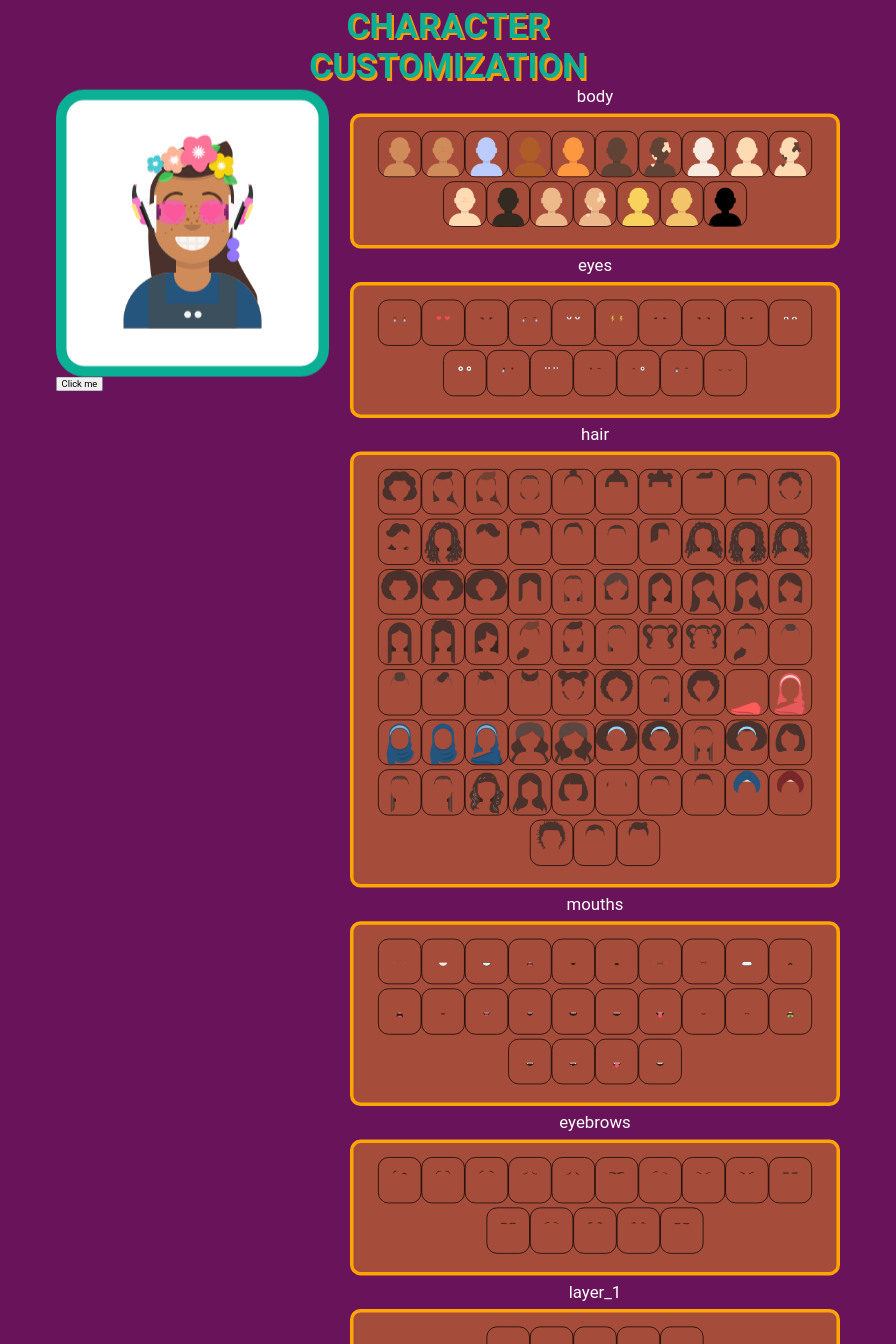
Repository: Kamaric112/react_clothing
Page: /
An editor plug-in stored every save of this project. The page is shown before and after the next save, followed by the edit.
The browser window is 1280 px wide. The pictures show the part of the page from y = 0 to 1920 px (the page is 3287 px tall), at 70% of full size.
The project was rebuilt for these pictures with package versions that can differ from the ones it lists, and the page was loaded fresh each time.

Above is the page before, as saved 2022-08-29 21:05:07.

### src/index.js
import React from "react";
import ReactDOM from "react-dom/client";
import App from "./components/App";

const root = ReactDOM.createRoot(document.getElementById("root"));

root.render(<App />);

### src/components/App.js
import React from "react";
import Header from "./Header";
import "./App.css";
import Avatar from "./Avatar";
import PartList from "./PartList";
import {useState} from "react"

const total = {
  body: 17,
  eyes: 17,
  hair: 73,
  mouths: 24,
  eyebrows: 15,
  hats: 28,
  glasses: 17,
  clothing1: 5,
  clothing2: 5,
  clothing3: 9,
};

function App() {


const [eyes, setEyes] = useState(2)
const [body, setBody] = useState(2)
const [layer_1, setLayer_1] = useState(2)
const [layer_2, setLayer_2] = useState(2)
const [layer_3, setLayer_3] = useState(2)
const [mouths, setMouths] = useState(2)
const [glasses, setGlasses] = useState(2)
const [hair, setHair] = useState(2)
const [eyebrows, setEyebrows] = useState(2)

const [earrings, setEarrings] = useState(2)
const [hats, setHats] = useState(2)
const randomize = () => {
    setBody(Math.floor((Math.random() * total.body )+1));
		setEyes(Math.floor((Math.random() * total.eyes)+1));
		setEyebrows(Math.floor((Math.random() * total.eyebrows)+1));
		setHair(Math.floor((Math.random() * total.hair)+1));
		setMouths(Math.floor((Math.random() * total.mouths)+1));
		setGlasses(Math.floor((Math.random() * total.glasses)+1));
		setLayer_1(Math.floor((Math.random() * total.clothing1)+1));
		setLayer_2(Math.floor((Math.random() * total.clothing2)+1));
		setLayer_3(Math.floor((Math.random() * total.clothing3)+1));
    setHats(Math.floor((Math.random() * total.hats)+1));

}




const handleClick = (e) => {
  console.log(e.target.src) //change states when clicked corresponding clothing
  const imageUrl = e.target.src
  console.log(imageUrl.split('/').pop().split('.')[0]) // split the src based on "/" then remove the last element, then split that element based on "." then choose the 1st element
}



  return (
    <div className="App">
      <Header />
      <div className="total-style">
        <div className="avatartotal">
        <Avatar eyes = {eyes} body = {body} layer_1 = {layer_1} layer_2 = {layer_2} layer_3 ={layer_3} mouths = {mouths} glasses = {glasses} hair = {hair} earrings = {earrings} hats = {hats} eyebrows= {eyebrows}/>
        <button onClick={randomize}>Click me </button>

        </div>

        <div>
        <PartList type = "body" total ="17" index = "1" handleClick={(e) => setBody(e.target.src.split('/').pop().split('.')[0])} />
        <PartList type = "eyes" total ="17" index = "1" handleClick={(e) => setEyes(e.target.src.split('/').pop().split('.')[0])}/>
        <PartList type = "hair" total ="73" index = "1" handleClick={(e) => setHair(e.target.src.split('/').pop().split('.')[0])}/>
        <PartList type = "mouths" total ="24" index = "1" handleClick={(e) => setMouths(e.target.src.split('/').pop().split('.')[0])}/>
        <PartList type = "eyebrows" total ="15" index = "1" handleClick={(e) => setEyebrows(e.target.src.split('/').pop().split('.')[0])}/>
        <PartList type = "layer_1" total ="5" index = "1" handleClick={(e) => setLayer_1(e.target.src.split('/').pop().split('.')[0])}/>
        <PartList type = "layer_2" total ="5" index = "1" handleClick={(e) => setLayer_2(e.target.src.split('/').pop().split('.')[0])}/>
        <PartList type = "layer_3" total ="9" index = "1" handleClick={(e) => setLayer_3(e.target.src.split('/').pop().split('.')[0])}/>
        <PartList type = "earrings" total ="32" index = "1" handleClick={(e) => setEarrings(e.target.src.split('/').pop().split('.')[0])}/>
        <PartList type = "hats" total ="28" index = "1" handleClick={(e) => setHats(e.target.src.split('/').pop().split('.')[0])} />
        <PartList type = "glasses" total ="17" index = "1" handleClick={(e) => setGlasses(e.target.src.split('/').pop().split('.')[0])}/>

        </div>


      </div>
    </div>
  );
}

export default App;

### src/components/Header.js
import React from "react";

function Header() {
  return (
    <>
      <div className="title">CHARACTER</div>
      <div className="subtitle">CUSTOMIZATION</div>
    </>
  );
}

export default Header;

### src/components/App.css
*,
*::after,
*::before {
  box-sizing: content-box;
  font-family: "Roboto", sans-serif;
}

body {
	background-color: rgb(105, 19, 91);
}

.App {
	max-width: 1200px;
	margin: 0 auto;
	display: flex;
	flex-direction: column;
	align-items: center;
}

.subtitle,
.title {
  text-align: center;
}

.title,
.subtitle {
  color: #0baf94;
  font-size: 50px;
  font-weight: 700;
  text-shadow: 3px 3px #f90;
}

.total-style {
  display: flex;

  justify-content: center;
  gap: 30px;
}

.avatar {
	width: 260px;
	height: 280px;
	position: relative;
}

.avatar-wrapper {
	border-radius: 40px;
	display: inline-block;
	border: 15px solid rgb(11, 175, 148);
	padding: 50px;
	position: sticky;
	background-color: #fff;
	top: calc(50% - 205px);
}

.list-section {
  max-width: 700px;
  text-align: center;
}

.partlist {
  display: flex;
  flex-direction: column;

}

.partlist div {
  color: white;
  font-size: 1.5rem;
}
.list {
  gap: 1rem;
  background-color: rgba(255,166,9,.4);
  border: 5px solid orange;
  border-radius: 15px;
  flex-wrap: wrap;
  margin: 10px 0;
  padding: 20px;
}

.list img {
  border: 1px solid black;
  border-radius: 15px
}

.list img:hover {
  background-color: #798885;
}

### src/components/Avatar.js
import React from 'react'
import Part from './Part'

function Avatar({eyes,body,layer_1,layer_2,layer_3,mouths,glasses,hair,earrings,hats,eyebrows}) {
  return (
    <div>
      <div className="avatar-wrapper">
        <div className="avatar">
          <Part type="body" position="0" index = {body}/>
          <Part type="layer_1" position="1" index = {layer_1}/>
          <Part type="layer_2" position="1" index = {layer_2}/>
          <Part type="layer_3" position="1" index = {layer_3}/>
          <Part type="mouths" position="2" index = {mouths}/>
          <Part type="noses" position="2" index = "1"/>
          <Part type="eyes" position="2" index = {eyes}/>
          <Part type="glasses" position="3" index = {glasses}/>
          <Part type="hair" position="3" index = {hair}/>
          <Part type="earrings" position="3" index = {earrings}/>
          <Part type="hats" position="4" index = {hats}/>
          <Part type="eyebrows" position="2" index = {eyebrows}/>



        </div>
      </div>
    </div>
  )
}

export default Avatar

### src/components/PartList.js
import React from 'react'


function PartList({type,index,total,handleClick}) {

  let parts=[]
  const accessories = ["hats","glasses","earrings"]
  const clothing = ["layer_1","layer_2","layer_3"]



  for (index;index<= total; index++) {
    if ( accessories.includes(type)) {
      parts.push( <img key= {index} src={`character/accessories/${type}/${index}.png`} width="60px" onClick= {handleClick} alt= {type}/>)
    } else if ( clothing.includes(type)) {
      parts.push( <img key= {index} src={`character/clothes/${type}/${index}.png`} width="60px" onClick={handleClick} alt= {type}/>)
    }
    else {
      parts.push( <img key= {index} src={`character/${type}/${index}.png`} width="60px" onClick={handleClick} alt= {type}/>)
    }
  }


  return (
      <div className="list-section">
        <div className="partlist">
          <div>{type}</div>
          <div className="list">
            {parts}
          </div>
        </div>
      </div>
  )
}

export default PartList

### src/components/Part.js
import React from 'react'

function Part({type,position,index}) {

  const accessories = ["hats","glasses","earrings"]
  const clothing = ["layer_1","layer_2","layer_3"]

  const commonStyle = {
    position: "absolute",
    width: "260px",
    zIndex: `${position}`
  }
  if ( accessories.includes(type)) {
    return (<img src={`character/accessories/${type}/${index}.png`}  alt={`${type}`}  style= {commonStyle}/>)
  } else if ( clothing.includes(type)) {
  return (<img src={`character/clothes/${type}/${index}.png`}  alt={`${type}`}  style= {commonStyle}/>)
  } else if (type ==="noses") {
    return (<img src={`character/${type}/1.png`} alt={`${type}`} style= {commonStyle}/>)
  } else {
    return (<img src={`character/${type}/${index}.png`}  alt={`${type}`} style= {commonStyle}/>)
  }
}
export default Part

Loaded but not shown: public/index.html (common file)

After the next save:
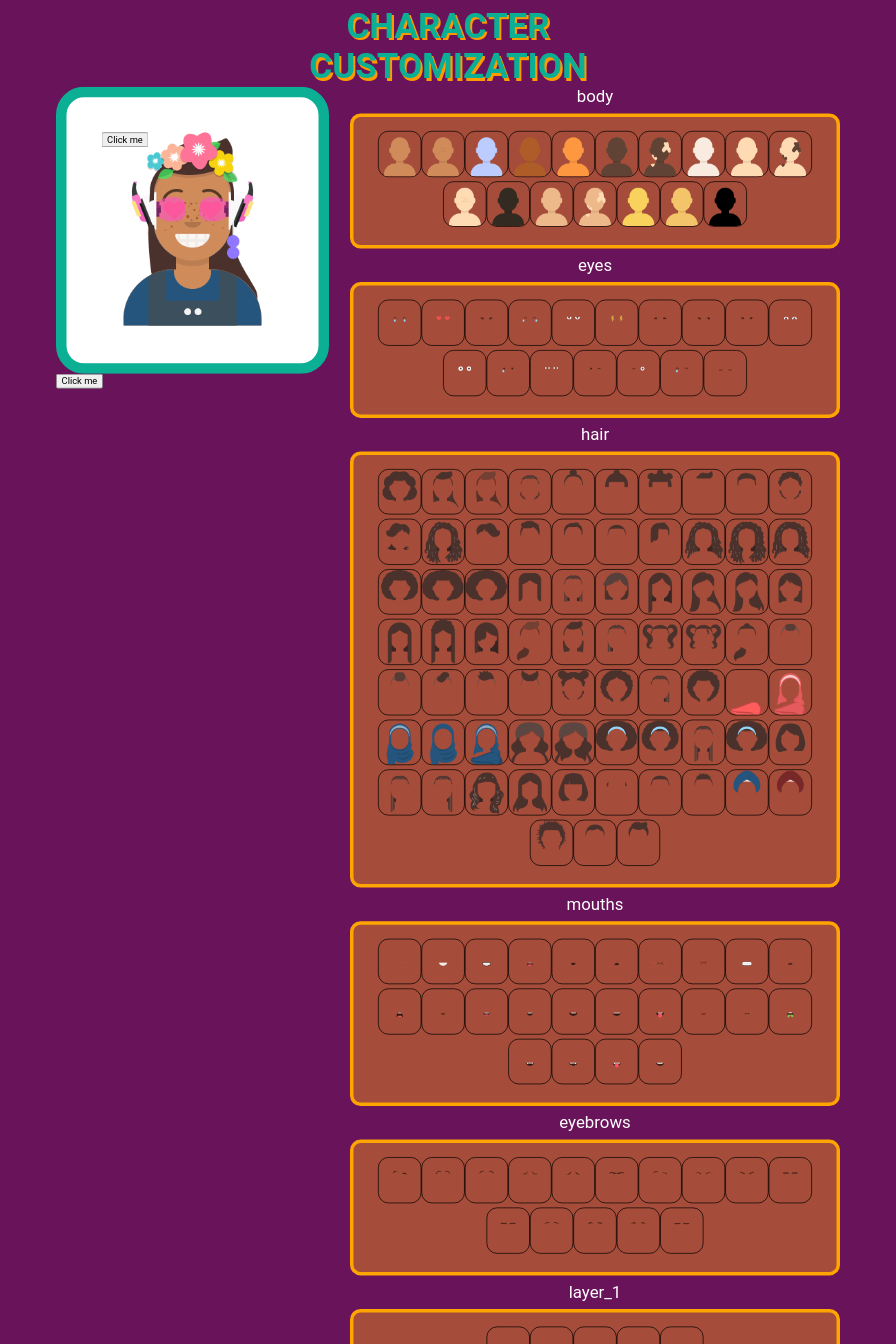
Saved 32 s later.
--- a/src/components/Avatar.js
+++ b/src/components/Avatar.js
@@ -1,7 +1,7 @@
 import React from 'react'
 import Part from './Part'
 
-function Avatar({eyes,body,layer_1,layer_2,layer_3,mouths,glasses,hair,earrings,hats,eyebrows}) {
+function Avatar({eyes,body,layer_1,layer_2,layer_3,mouths,glasses,hair,earrings,hats,eyebrows,randomize}) {
   return (
     <div>
       <div className="avatar-wrapper">
@@ -18,6 +18,7 @@ function Avatar({eyes,body,layer_1,layer_2,layer_3,mouths,glasses,hair,earrings,
           <Part type="earrings" position="3" index = {earrings}/>
           <Part type="hats" position="4" index = {hats}/>
           <Part type="eyebrows" position="2" index = {eyebrows}/>
+          <button onClick={randomize}>Click me </button>
 
 
 
